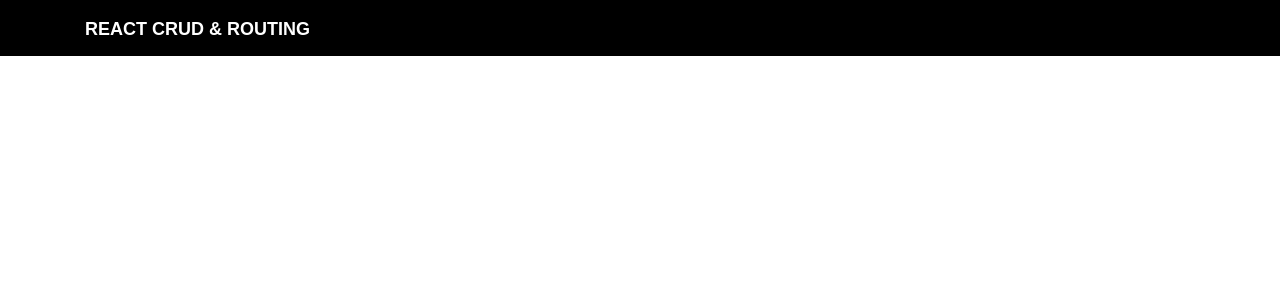
Repository: ppfeliuu/routercrudreact
Page: /products/edit/1
The author's editor kept a copy of each file at every save. The page is drawn from the files as they stood at one save, then again after the next save.
The browser window is 1280 px wide. The pictures show the whole page.
Some web fonts or font styles are not loaded; a fallback is used. The project was rebuilt for these pictures with package versions that can differ from the ones it lists, and the page was loaded fresh each time. Also part of the build but not shown: src/components/Productos.js, src/components/Producto.js, src/components/EditarProducto.js, src/components/AgregarProducto.js.

Above is the page before, as saved 2019-06-25 13:48:00.

After the next save:
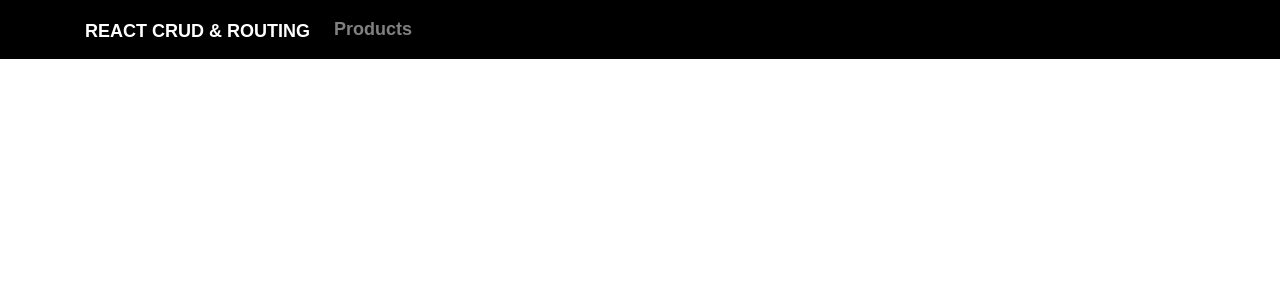
Saved 2 min 4 s later.
--- a/src/components/Header.js
+++ b/src/components/Header.js
@@ -7,6 +7,12 @@ const Header = () => (
             <Link to="/p" className="navbar-brand">
                 React CRUD & Routing
             </Link>
+
+            <ul className="navbar-nav mr-auto">
+                <li className="nav-item">
+                    <Link to="/p" className="nav-link">Products</Link>
+                </li>
+            </ul>
         </div>
     </nav>
 );
